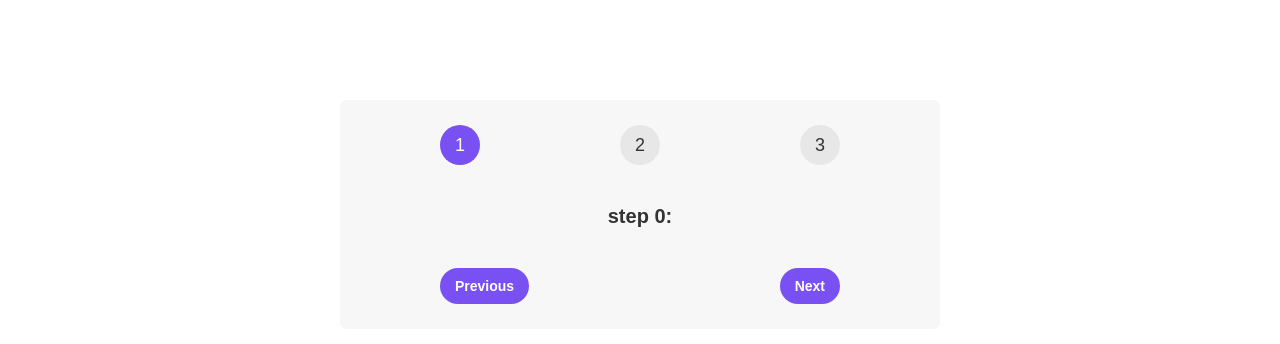
Repository: masamichan/steps
Page: /
An editor plug-in stored every save of this project. The page is shown before and after the next save, followed by the edit.
The browser window is 1280 px wide. The pictures show the whole page.
The project was rebuilt for these pictures with package versions that can differ from the ones it lists, and the page was loaded fresh each time.

Above is the page before, as saved 2023-12-30 17:33:48.

After the next save:
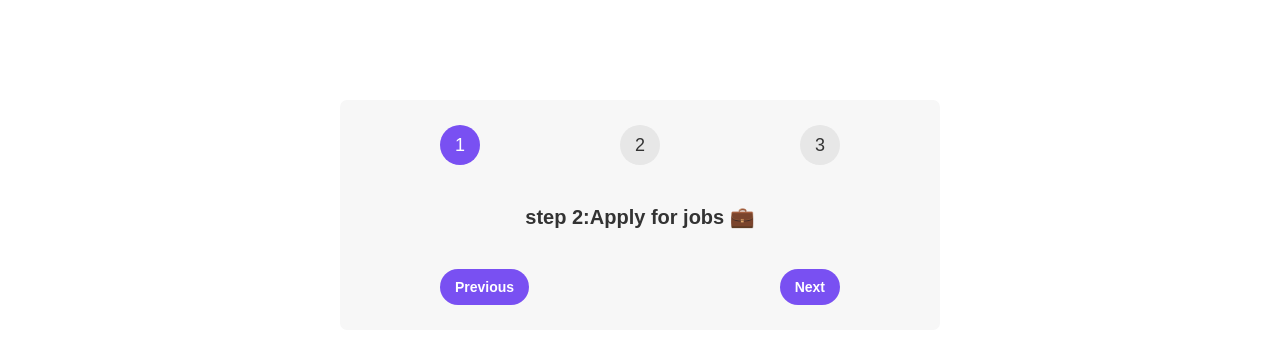
Saved 8 s later.
--- a/src/App.js
+++ b/src/App.js
@@ -5,7 +5,7 @@ const messages = [
 ];
 
 export default function App() {
-  const step = 0;
+  const step = 2;
   return (
     <div className="steps">
       <div className="numbers">
